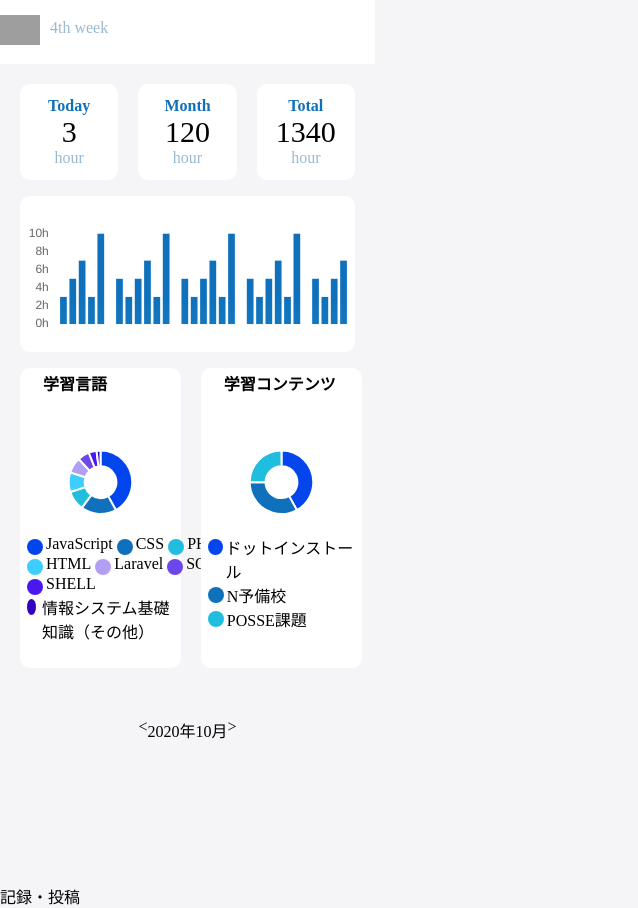
Repository: posse-ap/gen2.0-kamibayasitaito
Page: app/app.html
An editor plug-in stored every save of this project. The page is shown before and after a run of saves, followed by the edit.
The browser window is 375 px wide. The page is 638 px wide, so the pictures cover 638 px, including what lies to the right of the window. The pictures show the whole page.
Pictures or frames that could not be fetched are drawn as grey boxes. Some web libraries are served in a nearby version.

Above is the page before, as saved 2021-11-26 18:51:49.

After the next 2 saves:
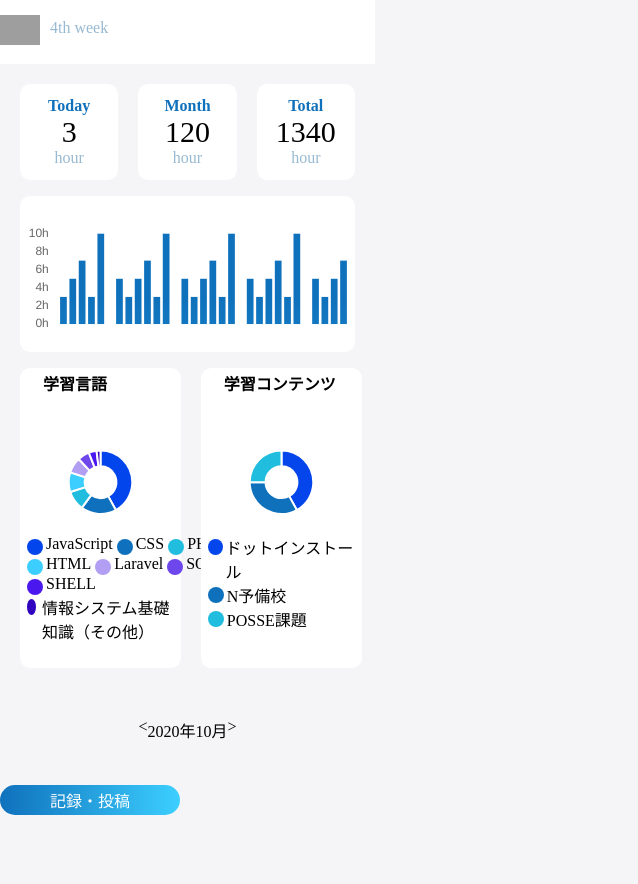
The 2 saves are shown as one change because they came seconds apart.
The last was saved 35 s later.
--- a/app/app_smartphone.css
+++ b/app/app_smartphone.css
@@ -318,8 +318,16 @@
 
 
         .header_button_smartphone{
-
-
+            position: absolute;
+            text-align: center;
+            color: white;
+              height: 30px;
+              width:180px ;
+              transform: translateY(50%);
+             border-radius: 30px;
+              background: linear-gradient(to right,#0f71bc,#3ccfff);
+              bottom: 0;
+              cursor: pointer;
         }
 
 
